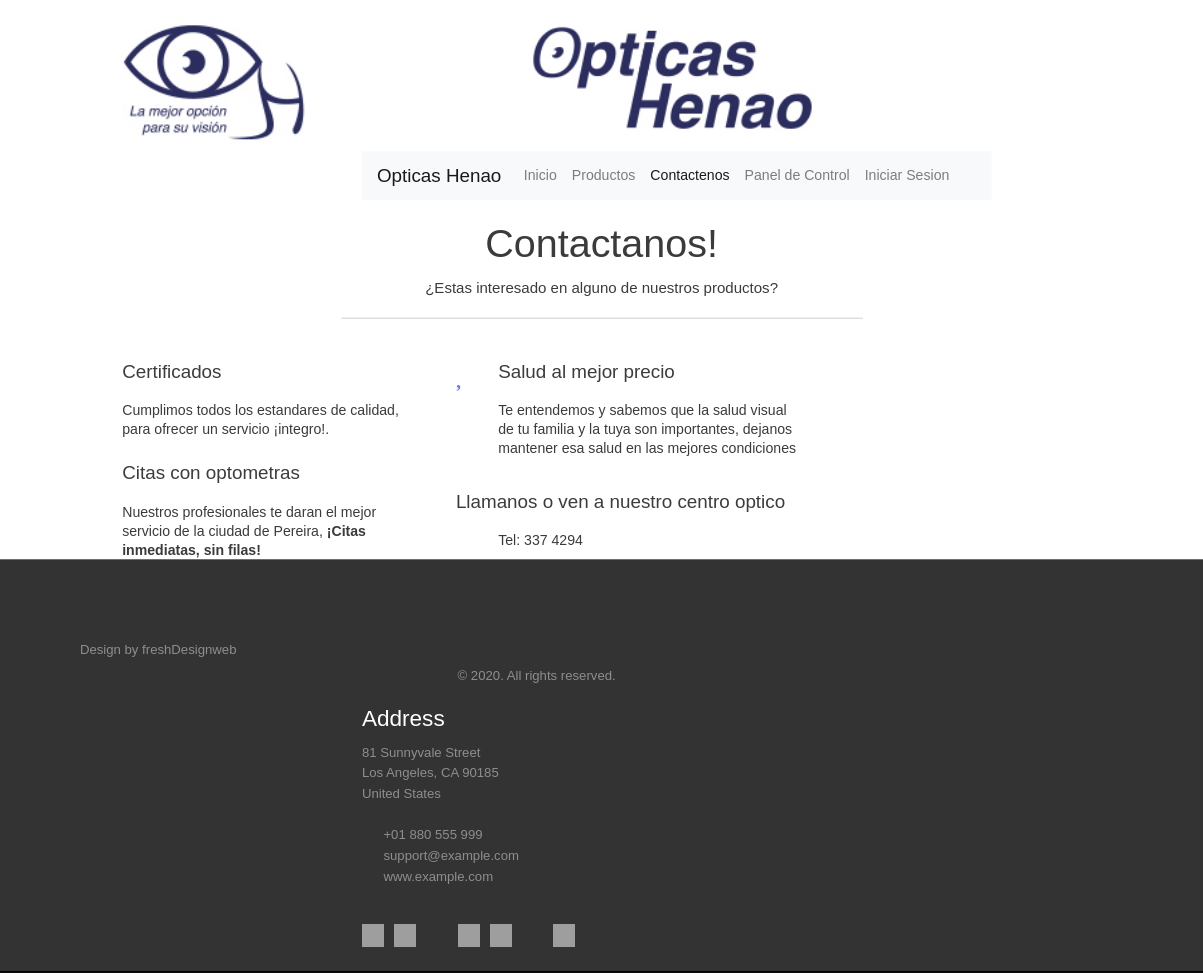
Repository: camilo1505/optometra
Page: contactanos.html
These files come from the project's save history. The page is drawn as it stood at one moment and after the next save; the edit follows.
The browser window is 1280 px wide. The pictures show the whole page, at 94% of full size.
Pictures or frames that could not be fetched are drawn as grey boxes. Some web fonts or font styles are not loaded; a fallback is used.

Above is the page before, as saved 2019-04-14 21:54:42.
Console error (its wording comes from the project's code and is left out).

### contactanos.html
<!DOCTYPE html>
<html lang="es">

<head>
  <meta charset="UTF-8">
  <meta name="viewport" content="width=device-width, initial-scale=1.0">
  <title>Opticas Henao</title>
  <link href="css/styles.css" rel="stylesheet">
  <link href="css/bootstrap-override.css" rel="stylesheet">
  <link href="css/font-awesome/font-awesome.css" rel="stylesheet">
  <link rel="stylesheet" href="css/flexslider.css" type="text/css" media="screen">
</head>

<body>
  <header id="header">
    <div class="container">
      <div class="row t-container">
        <div class="span3">
          <div class="logo">
            <a href="index.html"><img src="logo.png" alt="" /></a>
          </div>
        </div>
        <div class="span7">
          <div class="row space10"></div>
          <img src="nombre.png" alt="">
          <nav class="navbar navbar-expand-lg navbar-light bg-light">
            <a class="navbar-brand" href="index.html">Opticas Henao</a>
            <button class="navbar-toggler" type="button" data-toggle="collapse" data-target="#navbarSupportedContent"
              aria-controls="navbarSupportedContent" aria-expanded="false" aria-label="Toggle navigation">
              <span class="navbar-toggler-icon"></span>
            </button>
            <div class="collapse navbar-collapse" id="navbarNav">
              <ul class="navbar-nav">
                <li>
                  <a class="nav-link" href="index.html">Inicio<span class="sr-only">(current)</span></a>
                </li>
                <li>
                  <a class="nav-link" href="productos.php">Productos<span class="sr-only">(current)</span></a>
                </li>
                <li class="nav-item active">
                  <a class="nav-link" href="contactanos.html">Contactenos<span class="sr-only">(current)</span></a>
                </li>
                <li>
                  <a class="nav-link" href="php/panel-control.php">Panel de Control<span class="sr-only">(current)</span></a>
                </li>
                <li>
                    <a class="nav-link" href="login.html">Iniciar Sesion<span class="sr-only">(current)</span></a>
                </li>
              </ul>
            </div>
          </nav>
        </div>
      </div>
  </header>

  <div id="content">
    <div class="container">
      <div class="f-center">
        <h2>Contactanos!</h2>
        <div class="head-info">
          ¿Estas interesado en alguno de nuestros productos?
        </div>
      </div>
      <div class="f-hr"></div>
      <div class="row space40"></div>
      <div class="row">
        <div class="span12">
          <div class="row">
            <!-- Service Container -->
            <div class="span4">
              <!-- Service Icon -->
              <div class="ic-1"><i class="icon-ok"></i></div>
              <!-- Service Title -->
              <div class="title-1">
                <h4>Certificados</h4>
              </div>
              <!-- Service Content -->
              <div class="text-1">
                Cumplimos todos los estandares de calidad, para ofrecer un servicio ¡integro!.
              </div>
            </div>
            <!-- Service Container End -->
            <div class="span4">
              <div class="ic-1"><i class="icon-heart"></i></div>
              <div class="title-1">
                <h4>Salud al mejor precio</h4>
              </div>
              <div class="text-1">
                Te entendemos y sabemos que la salud visual de tu familia y la tuya son importantes, dejanos mantener esa salud en las mejores condiciones
              </div>
            </div>
            <div class="span4">
              <div class="ic-1"><i class="icon-eye-open"></i></div>
              <div class="title-1">
                <h4>Citas con optometras</h4>
              </div>
              <div class="text-1">
                Nuestros profesionales te daran el mejor servicio de la ciudad de Pereira,<b> ¡Citas inmediatas, sin filas!</b>
              </div>
            </div>
            <!-- Service Container -->
            <div class="span4">
              <!-- Service Icon -->
              <div class="ic-1"><i class="icon-phone"></i></div>
              <!-- Service Title -->
              <div class="title-1">
                <h4>Llamanos o ven a nuestro centro optico</h4>
              </div>
              <!-- Service Content -->
              <div class="text-1">
                Tel: 337 4294

              </div>
            </div>
          </div>
        </div>
      </div>
    </div>
  </div>
  <!-- Content End -->

  <!-- Footer -->
  <footer id="footer">
    <div class="container">

      <div class="row space50"></div>
      <div class="row">
        <div class="span6">
          <div class="logo-footer">
            Design by <a href="https://www.freshdesignweb.com">freshDesignweb</a>
          </div>
        </div>
        <div class="span6 right">
          &copy; 2020. All rights reserved.
        </div>
        <div class="span3 offset3">
          <h3>Address</h3>
          81 Sunnyvale Street<br>
          Los Angeles, CA 90185<br>
          United States<br>
          <br>
          <i class="icon-phone"></i>+01 880 555 999<br>
          <i class="icon-envelope"></i><a href="mailto:support@example.com">support@example.com</a><br>
          <i class="icon-home"></i><a href="#">www.example.com</a>

          <div class="row space40"></div>

          <a href="#" class="social-network sn2 behance"></a>
          <a href="#" class="social-network sn2 facebook"></a>
          <a href="#" class="social-network sn2 pinterest"></a>
          <a href="#" class="social-network sn2 flickr"></a>
          <a href="#" class="social-network sn2 dribbble"></a>
          <a href="#" class="social-network sn2 lastfm"></a>
          <a href="#" class="social-network sn2 forrst"></a>
          <a href="#" class="social-network sn2 xing"></a>
        </div>
      </div>

    </div>
  </footer>
  <!-- Footer End -->
  <!-- JavaScripts -->
  <script type="text/javascript" src="js/jquery-1.8.3.min.js"></script>
  <script type="text/javascript" src="js/bootstrap.min.js"></script>
  <script type="text/javascript" src="js/functions.js"></script>
  <script type="text/javascript" defer src="js/jquery.flexslider.js"></script>
</body>

</html>

### css/bootstrap-override.css
/*  Resolutions below 1200px  */

@media (max-width: 1200px) {

  #header {
	  height:auto;
  }
  #titlebar h3{ padding-left:10px;}
  .texture{
    left:-148px;
    width:560px;
  }

  .texture-footer {
    width:68%;
    right:-130px;
  }

  .logo {
    margin-top:60px;
  }

  .form-main input, .form-main textarea {
    width:93.7%;
  }

  .form-comment input {
    width:92.2%;
  }

  .form-comment textarea {
    width:96.2%;
  }

  #map {
    height:220px;
  }

}

/*  Resolutions below 980px  */

@media (max-width: 980px) {

  #header {
    height:auto;
  }

  .texture{
    left:-116px;
    width:440px;
  }

  .texture-footer {
    width:70%;
    top:0px;
    right:-102px;
  }

  .logo {
    margin-top:45px;
  }

  .form-main input, .form-main textarea {
    width:92%;
  }

  .form-comment input {
    width:89.5%;
  }

  .form-comment textarea {
    width:95%;
  }

  #map {
    height:166px;
  }

}

/*  Resolutions below 768px  */

@media (max-width: 768px) {

  #header, #footer, #content {
    padding:0 12px;
  }

  #header {
    height:auto;
  }

  .h-button {
    position:relative;
  }

  #our-clients img {
    width:auto !important;
    float:left;
  }

  .f-right {
    float:left !important;
  }

  .right {
    text-align:left !important;
  }

  .text-1 {
    padding:0px !important;
  }

  .back-top {
    top:0px !important;
    float:left !important;
  }

  .search-box {
    clear:both;
  }

  .search {
    width:83%;
    padding-left:2%;
  }

  /* vertical padding for span* */
  [class*="span"] {
    margin-bottom: 12px !important;
  }

  /* height of space* */
  [class*="space"] {
    height:10px !important;
  }

  h1 {
    padding-top:0px;
  }

    /* Main Navigation - Hidden */
  .navbar .nav {
    display:none !important;
  }

  .navbar {
    float:left !important;
    width:100%;
  }

  /* Select Box Navigation - Show */
  .navbar .nav-responsive {
    display:block !important;
    width:100%;
    clear:both;
  }

  .logo {
    width:200px;
  }

  .texture {
    display:none !important;
  }

  .texture-footer {
    display:none;
  }

  .form-main input, .form-main textarea {
    width:96%;
    padding-left:2%;
    padding-right:2%;
  }

  .form-comment input {
    width:92%;
    padding-left:2%;
    padding-right:2%;
  }

  .form-comment textarea {
    width:92%;
    padding-left:2%;
    padding-right:2%;
  }

}

### css/flexslider.css
/*
 * jQuery FlexSlider v2.0
 * http://www.woothemes.com/flexslider/
 *
 * Copyright 2012 WooThemes
 * Free to use under the GPLv2 license.
 * http://www.gnu.org/licenses/gpl-2.0.html
 *
 * Contributing author: Tyler Smith (@mbmufffin)
 */


/* Browser Resets */
.flex-container a:active,
.flexslider a:active,
.flex-container a:focus,
.flexslider a:focus  {outline: none;}
.slides,
.flex-control-nav,
.flex-direction-nav {margin: 0; padding: 0; list-style: none;}

/* FlexSlider Necessary Styles
*********************************/
.flexslider {margin: 0; padding: 0;}
.flexslider .slides > li {display: none; -webkit-backface-visibility: hidden;} /* Hide the slides before the JS is loaded. Avoids image jumping */
.flexslider .slides img {width: 100%; display: block;}
.flex-pauseplay span {text-transform: capitalize;}

/* Clearfix for the .slides element */
.slides:after {content: "."; display: block; clear: both; visibility: hidden; line-height: 0; height: 0;}
html[xmlns] .slides {display: block;}
* html .slides {height: 1%;}

/* No JavaScript Fallback */
/* If you are not using another script, such as Modernizr, make sure you
 * include js that eliminates this class on page load */
.no-js .slides > li:first-child {display: block;}


/* FlexSlider Default Theme
*********************************/
.flexslider {margin: 0px; background: #fff; border: 0px solid #fff; position: relative; -webkit-border-radius: 0px; -moz-border-radius: 0px; -o-border-radius: 0px; border-radius: 0px; box-shadow: 0 0px 0px rgba(0,0,0,.2); -webkit-box-shadow: 0 0px 0px rgba(0,0,0,.2); -moz-box-shadow: 0 0px 0px rgba(0,0,0,.2); -o-box-shadow: 0 0px 0px rgba(0,0,0,.2); zoom: 1;}
.flex-viewport {max-height: 2000px; -webkit-transition: all 1s ease; -moz-transition: all 1s ease; transition: all 1s ease;}
.loading .flex-viewport {max-height: 300px;}
.flexslider .slides {zoom: 1;}

.carousel li {margin-right: 5px}

/* Direction Nav */
/*
.flex-direction-nav {*height: 0;}
.flex-direction-nav a {width: 20px; height: 40px; margin: -25px 0 0; display: block; background: url(../img/bg-direction-nav.png) no-repeat 0 0; position: absolute; bottom: 20px; z-index: 10; cursor: pointer; font-size:0px; text-indent: -20px; opacity: 0.9; -webkit-transition: all .3s ease;}
.flex-direction-nav .flex-next {background-position: 100% 0; right: 20px; }
.flex-direction-nav .flex-prev {right: 60px;}
.flexslider:hover .flex-next {opacity: 0.9; right: 20px;}
.flexslider:hover .flex-prev {opacity: 0.9; right: 60px;}
.flexslider:hover .flex-next:hover, .flexslider:hover .flex-prev:hover {opacity: 1;}
.flex-direction-nav .flex-disabled {opacity: .6!important; filter:alpha(opacity=60); cursor: default;}
*/

/* Control Nav */
.flex-control-nav {display:none; width: 100%; position: absolute; bottom: 12px; right: 12px; text-align: right;}
.flex-control-nav li {margin: 0 6px; display: inline-block; zoom: 1; *display: inline;}
.flex-control-paging li a {width: 8px; height: 8px; display: block; background: #fff; background: rgba(0,0,0,0); border:2px solid #b8b8b8; cursor: pointer; font-size:0px; text-indent: -20px; -webkit-border-radius: 20px; -moz-border-radius: 20px; -o-border-radius: 20px; border-radius: 20px; box-shadow: inset 0 0 3px rgba(0,0,0,0.3);}
.flex-control-paging li a:hover { background: #fff; background: rgba(255,255,255,0.2); }
.flex-control-paging li a.flex-active {position:relative; top: -2px; width: 12px; height: 12px; border:0px; background: #fff; background: rgba(255,255,255,0.9); cursor: default; }

.flex-control-thumbs {margin: 5px 0 0; position: static; overflow: hidden;}
.flex-control-thumbs li {width: 25%; float: left; margin: 0;}
.flex-control-thumbs img {width: 100%; display: block; opacity: .7; cursor: pointer;}
.flex-control-thumbs img:hover {opacity: 1;}
.flex-control-thumbs .flex-active {opacity: 1; cursor: default;}

@media screen and (max-width: 860px) {
.slider1 .flex-direction-nav a {position: absolute; bottom: 20px;}
.slider1 .flex-direction-nav .flex-prev {opacity: 0.8; left: 20px !important; text-indent: -500px; -webkit-transition: position 0.6s ease;}
.slider1 .flex-direction-nav .flex-next {opacity: 0.8; right: 20px !important; text-indent: -500px; -webkit-transition: position 0.6s ease;}
.slider1:hover .flex-prev {opacity: 1; left: 20px !important;}
.slider1:hover .flex-next {opacity: 1; right: 20px !important;}
.slider1 .flex-control-nav {display:none;}
}

/* Direction Nav Slider1 */
.slider1 .flex-direction-nav {*height: 0;}
.slider1 .flex-direction-nav a {width: 40px; height: 40px; margin: -20px 0 0 0; display: block; background: url(../img/bg-direction-nav.png) no-repeat 0 0; position: absolute; top: 50%; z-index: 10; cursor: pointer; font-size:0px; text-indent: -20px; opacity: 0.5; -webkit-transition: all .3s ease;}
.slider1 .flex-direction-nav .flex-next {background-position: 100% 0; right: 20px;}
.slider1 .flex-direction-nav .flex-prev {left: 20px;}
.slider1:hover .flex-next {opacity: .8; right: 20px;}
.slider1:hover .flex-prev {opacity: .8; left: 20px;}
.slider1 .flexslider:hover .flex-next:hover, .flexslider:hover .flex-prev:hover {opacity: 1;}
.slider1 .flex-direction-nav .flex-disabled {opacity: .6!important; filter:alpha(opacity=60); cursor: default;}

/* Direction Nav Slider2 */
.slider2  {background:transparent;}
.slider2 .flex-direction-nav {*height: 0;}
.slider2 .flex-direction-nav a {width: 34px; height: 34px; margin: -21px 0 0; display: block; background: url(../img/bg-direction-nav-2.png) no-repeat 0 0; position: absolute; top: -23px; z-index: 10; cursor: pointer; text-indent: -2500px; opacity: .8; -webkit-transition: all .3s ease;}
.slider2 .flex-direction-nav .flex-next {background-position: 100% 0; right: 0px; }
.slider2 .flex-direction-nav .flex-prev {right: 35px;}
.slider2:hover .flex-next {opacity: 1;}
.slider2:hover .flex-prev {opacity: 1;}
.slider2 .flexslider:hover .flex-next:hover, .flexslider:hover .flex-prev:hover {opacity: .8;}
.slider2 .flex-direction-nav .flex-disabled {opacity: .6!important; filter:alpha(opacity=60); cursor: default;}
.slider2 .flex-control-nav {display:none;}

Loaded but not shown: css/font-awesome/font-awesome.css (library); css/bootstrap.min.css (library); css/bootstrap-responsive.min.css (library); js/jquery-1.8.3.min.js (library); js/bootstrap.min.js (library); js/jquery.flexslider.js (library); js/functions.js (217 lines, source omitted); css/styles.css (1527 lines, source omitted)

After the next save:
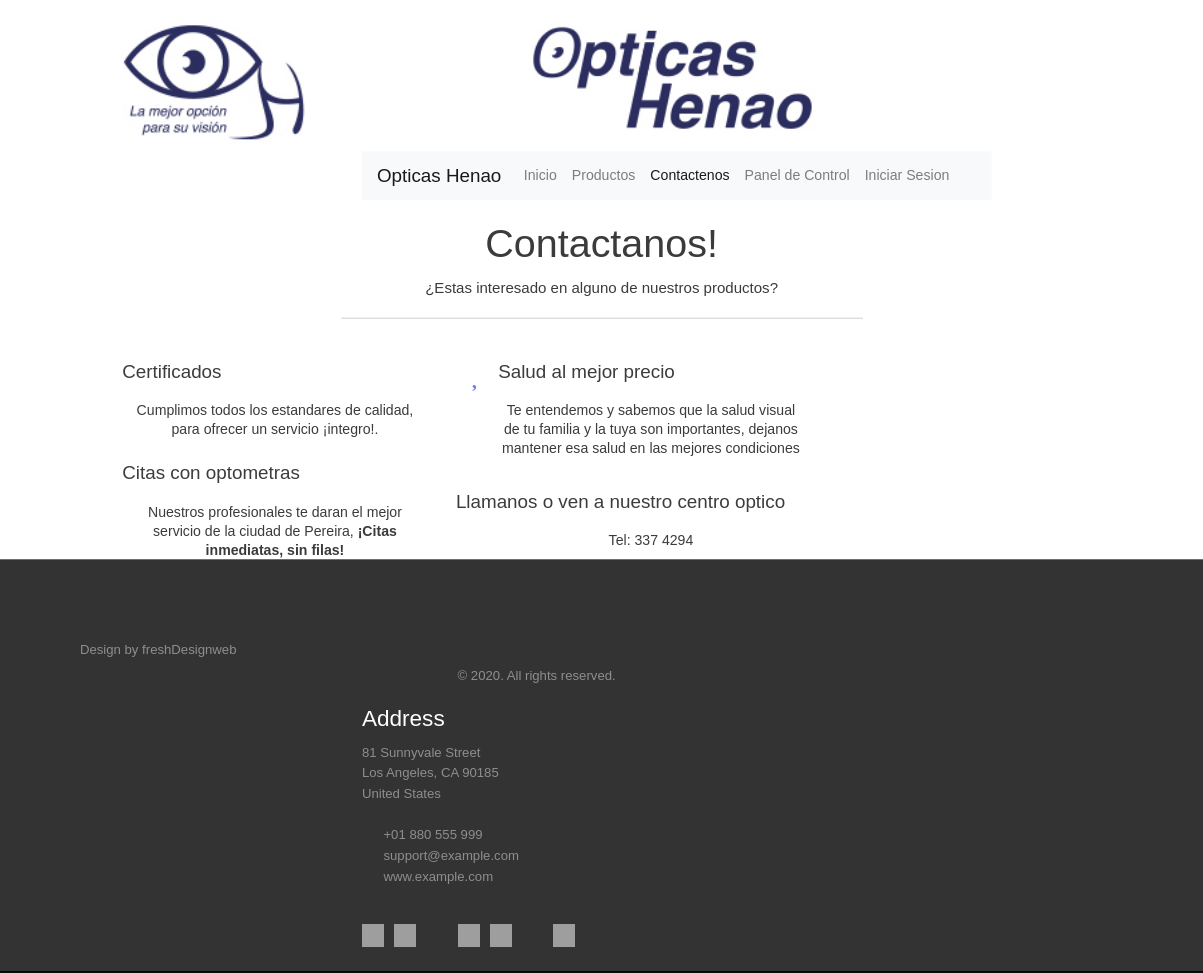
Saved 20 s later.
--- a/contactanos.html
+++ b/contactanos.html
@@ -52,7 +52,7 @@
         </div>
       </div>
   </header>
-
+<center>
   <div id="content">
     <div class="container">
       <div class="f-center">
@@ -114,6 +114,7 @@
             </div>
           </div>
         </div>
+      </center>
       </div>
     </div>
   </div>
